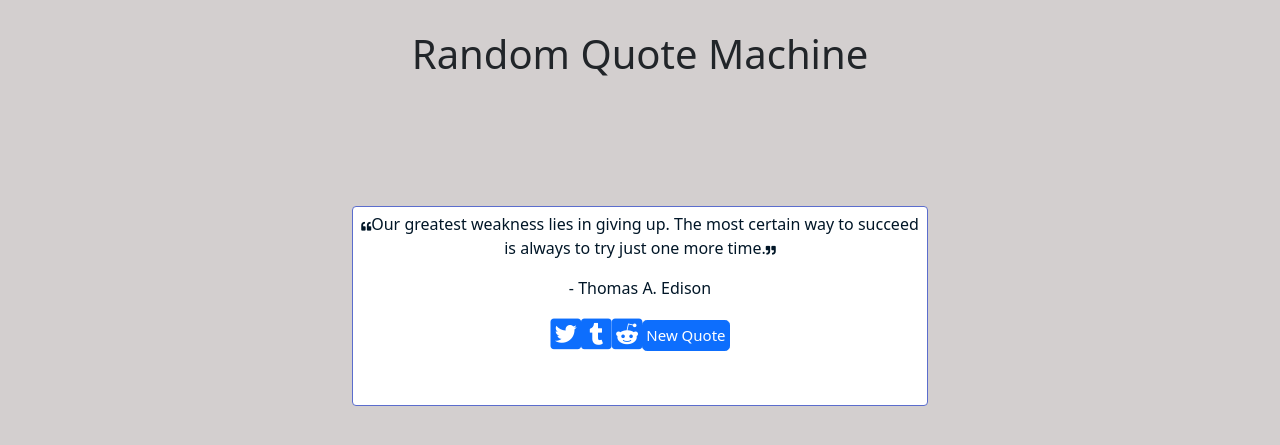
Repository: LuismGil/Random-quote-machine
Page: /
The author's editor kept a copy of each file at every save. The page is drawn from the files as they stood at one save, then again after the next save.
The browser window is 1280 px wide. The pictures show the whole page.
The project was rebuilt for these pictures with package versions that can differ from the ones it lists, and the page was loaded fresh each time.

Above is the page before, as saved 2021-01-27 10:16:22.

### public/index.html
<!DOCTYPE html>
<html lang="en">
  <head>
    <meta charset="utf-8" />
    <link rel="icon" href="%PUBLIC_URL%/favicon.ico" />
    <meta name="viewport" content="width=device-width, initial-scale=1" />
    <meta name="theme-color" content="#000000" />
    <meta
      name="description"
      content="Web site created using create-react-app"
    />
    <link rel="apple-touch-icon" href="%PUBLIC_URL%/logo192.png" />
    <!--
      manifest.json provides metadata used when your web app is installed on a
      user's mobile device or desktop. See https://developers.google.com/web/fundamentals/web-app-manifest/
    -->
    <link rel="manifest" href="%PUBLIC_URL%/manifest.json" />
    <!--
      Notice the use of %PUBLIC_URL% in the tags above.
      It will be replaced with the URL of the `public` folder during the build.
      Only files inside the `public` folder can be referenced from the HTML.

      Unlike "/favicon.ico" or "favicon.ico", "%PUBLIC_URL%/favicon.ico" will
      work correctly both with client-side routing and a non-root public URL.
      Learn how to configure a non-root public URL by running `npm run build`.
    -->
    <link
      href="https://cdn.jsdelivr.net/npm/bootstrap@5.0.0-beta1/dist/css/bootstrap.min.css"
      rel="stylesheet"
      integrity="sha384-giJF6kkoqNQ00vy+HMDP7azOuL0xtbfIcaT9wjKHr8RbDVddVHyTfAAsrekwKmP1"
      crossorigin="anonymous"
    />
    <link
      rel="stylesheet"
      href="https://cdnjs.cloudflare.com/ajax/libs/font-awesome/5.15.2/css/all.min.css"
      integrity="sha512-HK5fgLBL+xu6dm/Ii3z4xhlSUyZgTT9tuc/hSrtw6uzJOvgRr2a9jyxxT1ely+B+xFAmJKVSTbpM/CuL7qxO8w=="
      crossorigin="anonymous"
    />
    <title>Random Quote Machine</title>
  </head>
  <body>
    <noscript>You need to enable JavaScript to run this app.</noscript>
    <div id="root"></div>
    <!--
      This HTML file is a template.
      If you open it directly in the browser, you will see an empty page.

      You can add webfonts, meta tags, or analytics to this file.
      The build step will place the bundled scripts into the <body> tag.

      To begin the development, run `npm start` or `yarn start`.
      To create a production bundle, use `npm run build` or `yarn build`.
    -->
  </body>
</html>

### src/index.js
import React from 'react';
import ReactDOM from 'react-dom';
import './index.css';
//import App from './App';

const quotes = [
  {
    quote:
      'Our greatest weakness lies in giving up. The most certain way to succeed is always to try just one more time.',
    author: '- Thomas A. Edison',
  },
  {
    quote: 'You must expect great things of yourself before you can do them.',
    author: '- Michael Jordan',
  },
  {
    quote:
      'Obstacles are necessary for success because in selling, as in all careers of importance, victory comes only after many struggles and countless defeats.',
    author: '- Og Mandino',
  },
  {
    quote:
      'It is during our darkest moments that we must focus to see the light.',
    author: '- Aristotle Onassis',
  },
  {
    quote:
      'We can easily forgive a child who is afraid of the dark; the real tragedy of life is when men are afraid of the light.',
    author: '- Plato',
  },
  {
    quote: 'The only thing we have to fear is fear itself.',
    author: '- Franklin D. Roosevelt',
  },
  {
    quote:
      'Only put off until tomorrow what you are willing to die having left undone.',
    author: '- Pablo Picasso',
  },
  {
    quote:
      'The greater danger for most of us isn’t that our aim is too high and miss it, but that it is too low and we reach it.',
    author: '- Michelangelo',
  },
  {
    quote: 'A goal properly set is halfway reached.',
    author: '- Zig Ziglar',
  },
  {
    quote:
      'Our goals can only be reached through a vehicle of a plan, in which we must fervently believe, and upon which we must vigorously act. There is no other route to success.',
    author: '- Pablo Picasso',
  },
];

const colors = [
  '#011627',
  '#f3C677',
  '#2EC4B6',
  '#E71D36',
  '#5C80BC',
  '#CF1259',
  '#8B1E3F',
  '#DB4C4O',
  '#DDDBF1',
];

class QuoteBox extends React.Component {
  constructor(props) {
    super(props);
    // No llames this.setState() aquí!
    this.state = {
      quote: quotes[0].quote,
      author: quotes[0].author,
      color: colors[0],
    };
    this.handleClick = this.handleClick.bind(this);
  }

  handleClick = () => {
    let randomQuote = Math.floor(Math.random() * quotes.length);
    let newQuote = quotes[randomQuote];
    let randomColor = Math.floor(Math.random() * colors.length);
    let newColor = colors[randomColor];

    console.log('click aqui funciona?');
    this.setState({
      quote: newQuote.quote,
      author: newQuote.author,
      color: newColor,
    });
  };

  render() {
    return (
      <div id="quote-box">
        <h1>Random Quote Machine</h1>
        <div className="quote-card">
          <NewQuote quote={this.state} />
          {/* handlerClick={this.handleClick} quote={this.state} */}

          <div>
            <a id="tweet-quote" href="#">
              <i className="fab fa-twitter-square icon" />
            </a>
            <a href="#" role="button">
              <i className="fab fa-tumblr-square icon" />
            </a>
            <a href="#">
              <i className="fab fa-reddit-square icon" />
            </a>
            <button
              id="new-quote"
              type="submit"
              className="btn btn-primary btn-lg"
              onClick={this.handleClick}
            >
              New Quote
            </button>
          </div>
        </div>
      </div>
    );
  }
}

const NewQuote = props => {
  const { quote } = props;

  return (
    <div style={{ color: quote.color }}>
      <p>
        <i className="fas fa-quote-left quote-icon"></i>
        {quote.quote}
        <i className="fas fa-quote-right quote-icon"></i>
      </p>
      <p id="author">{quote.author} </p>
    </div>
  );
};

ReactDOM.render(<QuoteBox />, document.getElementById('root'));

### src/index.css
body {
  background-color: rgb(211, 207, 207);
}

h1 {
  margin-top: 30px;
  text-align: center;
}

.quote-card {
  height: 200px;
  display: flex;
  flex-direction: column;
  text-align: center;
  background-color: white;
  margin: 10% auto;
  box-sizing: border-box;
  width: 45%;
  border: solid #5b6dcd 1px;
  border-radius: 4px;
  padding: 5px;
}

i {
  font-size: 35px;
}

.quote-icon {
  font-size: 10px;
}

#new-quote {
  font-size: 15px;
  padding: 3px;
  margin-bottom: 14px;
}

After the next save:
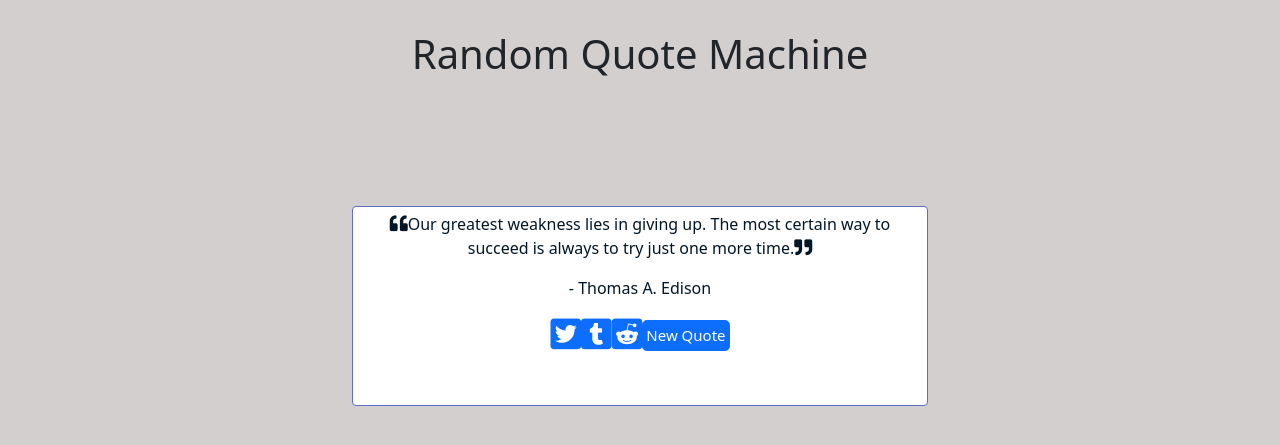
Saved 14 s later.
--- a/src/index.css
+++ b/src/index.css
@@ -26,7 +26,7 @@ i {
 }
 
 .quote-icon {
-  font-size: 10px;
+  font-size: 18px;
 }
 
 #new-quote {
